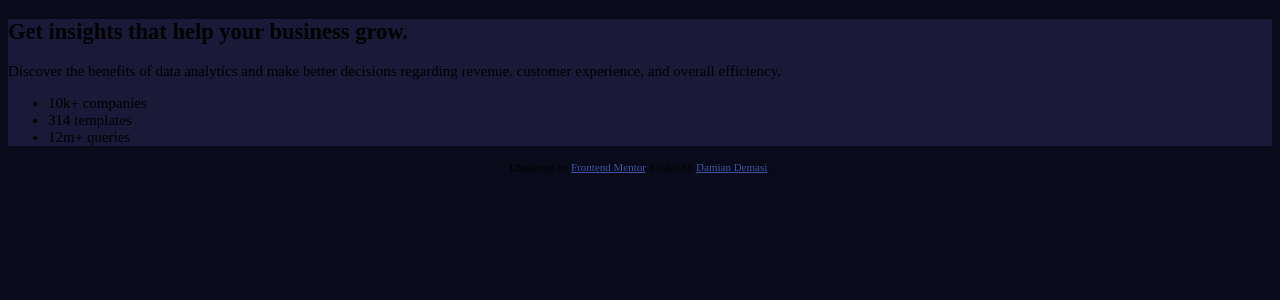
Repository: Colo-Codes/stats-preview-card-component-main
Page: index.html
The author's editor kept a copy of each file at every save. The page is drawn from the files as they stood at one save, then again after the next save.
The browser window is 1280 px wide. The pictures show the whole page.

Above is the page before, as saved 2021-05-10 08:43:35.

After the next save:
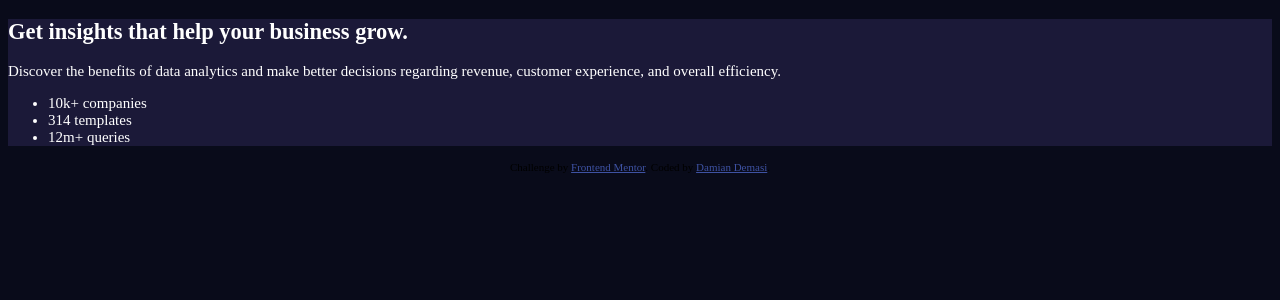
Saved 58 s later.
--- a/index.html
+++ b/index.html
@@ -32,6 +32,7 @@
     }
 
     article {
+      color: var(--white-font, hsl(0, 0%, 100%));
       background-color: var(--blue-desaturated, hsl(244, 38%, 16%));
     }
 
